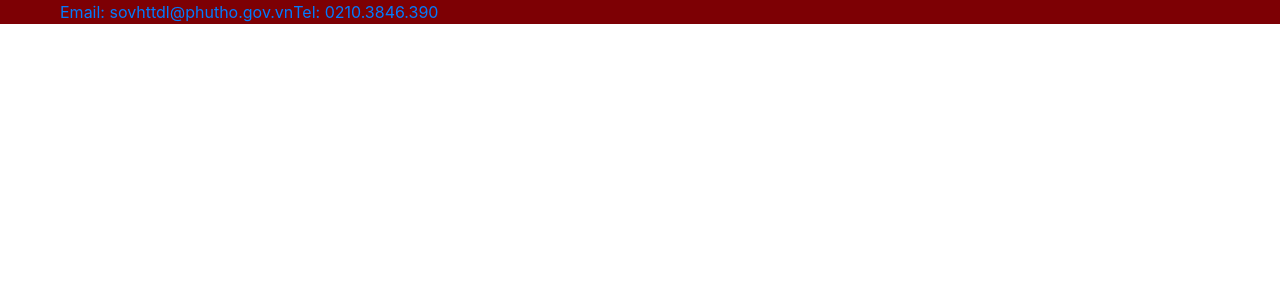
Repository: NgocNB20/Front_end_KLTN
Page: index.html
An editor plug-in stored every save of this project. The page is shown before and after the next save, followed by the edit.
The browser window is 1280 px wide. The pictures show the whole page.
Some web fonts or font styles are not loaded; a fallback is used. Some web libraries are served in a nearby version.

Above is the page before, as saved 2021-11-28 10:28:48.

After the next save:
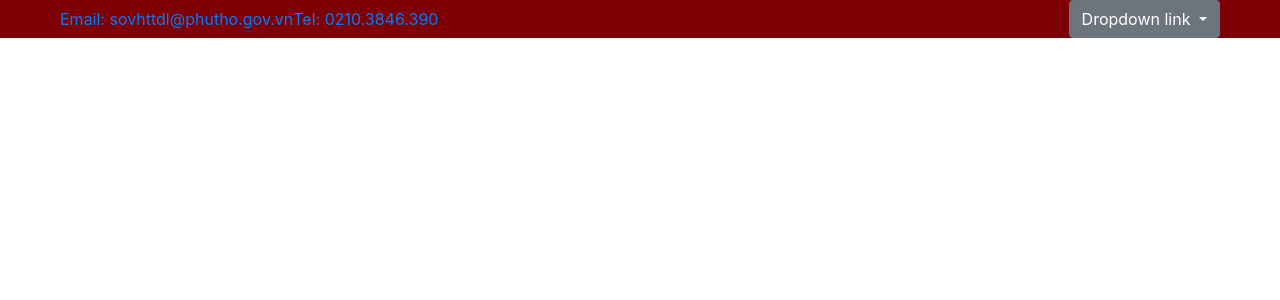
Saved 13 s later.
--- a/index.html
+++ b/index.html
@@ -28,7 +28,17 @@
                     </div>
                     <div class="topbar-one__right"></div>
                     <div class="main-nav__right">
-
+                            <div class="dropdown">
+                                <a class="btn btn-secondary dropdown-toggle" href="#" role="button" id="dropdownMenuLink" data-toggle="dropdown" aria-haspopup="true" aria-expanded="false">
+                                    Dropdown link
+                                </a>
+                                <div class="dropdown-menu" aria-labelledby="dropdownMenuLink">
+                                    <a class="dropdown-item" href="#">Action1</a>
+                                    <a class="dropdown-item" href="#">Action2</a>
+                                    <div class="dropdown-divider"></div>
+                                    <a class="dropdown-item" href="#">Action3</a>
+                                </div>
+                            </div>
                     </div>
                 </div>
             </div>
